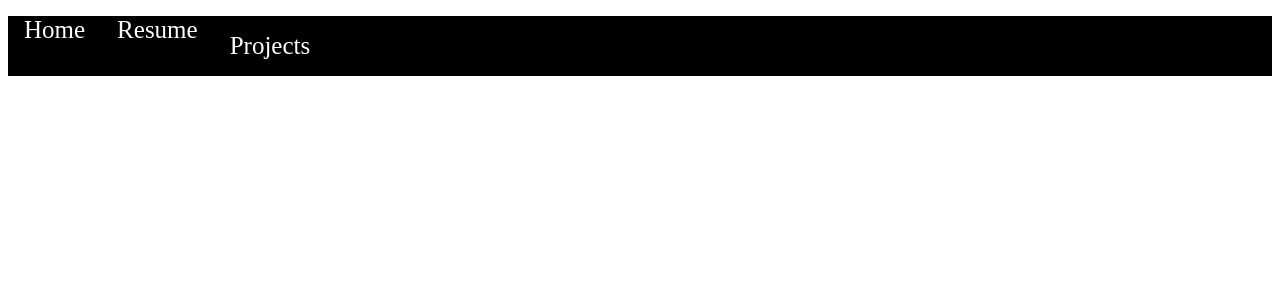
Repository: VidalLopez/VidalLopez.github.io
Page: index.html
The author's editor kept a record of every edit. The page is drawn from the files as they stood at one moment, then again after the next edit.
The browser window is 1280 px wide. The pictures show the whole page.

Above is the page before.

### index.html
<!DOCTYPE html>
<html>
<head>
<title>Home</title>
<style>
  .navbar {
    list-style:none;
    background-color:black;
    overflow:hidden;
    padding:0;
  }
  .navbar a, .dropdown div{
    text-decoration:none;
    color:white;
    font-size:25px;
    padding:16px;
    display:inline:block;
  }
  .navbar li {
    float: left;
  }
  .navbar li:hover {
    background-color:pink;
  }
  .dropdown {
    color:white;
  }
  .dropdowncontent {
    list-style:none;
    padding:0;
    display:none;
  }
  .dropdowncontent li {
    float:none;
  }
  .dropdown:hover .dropdowncontent{
    display:block;
  }
</style>
</head>
<body>
  <ul class="navbar">
    <li>
      <a href="./">Home</a>
    </li>
    <li>
      <a href="reume.html">Resume</a>
    </li>
    <li class="dropdown">
      <div class="more">Projects</div>
      <ul class="dropdowncontent">
        <li>
          <a href="#">Project 1</a>
        </li>
        <li>
          <a href="#">Project 2</a>
        </li>
        <li>
          <a href="#">Project 3</a>
        </li>
      </ul>
    </li>
  </ul>
</body>
</html>

After the next edit:
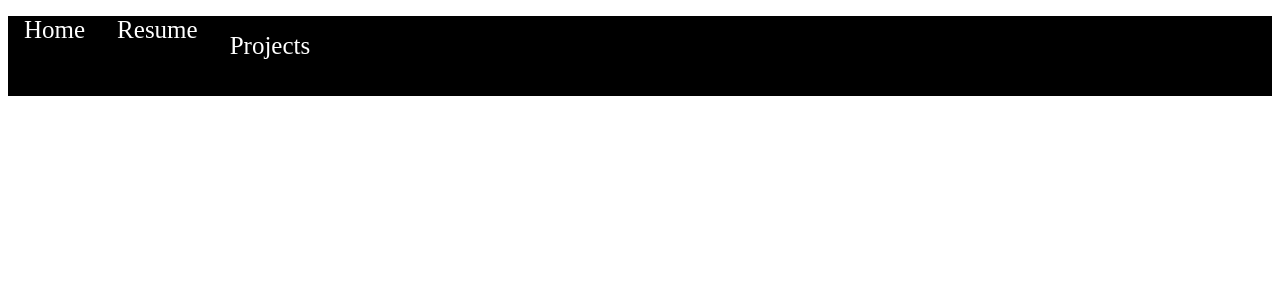
The edit:
--- a/index.html
+++ b/index.html
@@ -60,6 +60,7 @@
         </li>
       </ul>
     </li>
+    <h1>Home</h1>
   </ul>
 </body>
 </html>
